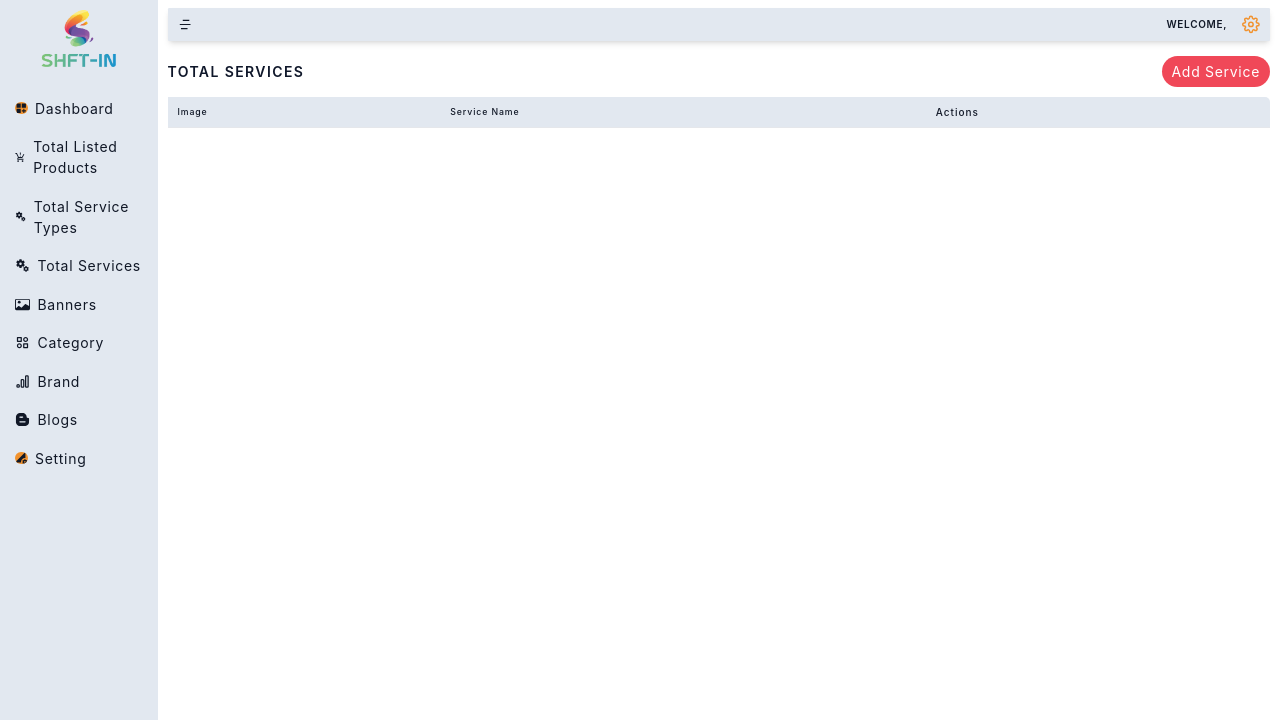
Repository: rohit0915/Mr-Arun-Chauhan-Admin-Panel
Page: /services
The author's editor kept a copy of each file at every save. The page is drawn from the files as they stood at one save, then again after the next save.
The browser window is 1280 px wide. The pictures show the whole page.
The page's requests for data from a server got no answer. The project was rebuilt for these pictures with package versions that can differ from the ones it lists, and the page was loaded fresh each time. No one was signed in, and anything a server would have sent is missing. Also part of the build but not shown: src/components/BaseUrl.jsx, src/components/forms/Login.jsx, src/components/pages/Dashboard.jsx, src/vendorPanel/components/Auth.jsx, src/components/pages/products/Products.jsx, src/components/pages/categories/Categories.jsx, src/components/pages/subcategories/SubCategories.jsx, src/components/pages/manageprofiles/ManageProfiles.jsx and 74 more.

Above is the page before, as saved 2022-11-16 13:02:49.

### public/index.html
<!DOCTYPE html>
<html lang="en">
  <head>
    <meta charset="utf-8" />
    <!-- <link rel="icon" href="%PUBLIC_URL%/favicon.png" /> -->
    <meta name="viewport" content="width=device-width, initial-scale=1" />
    <meta name="theme-color" content="#000000" />
    <meta
      name="description"
      content="Web site created using create-react-app"
    />
    <link rel="apple-touch-icon" href="%PUBLIC_URL%/favicon.ico?v=2" />

    <link rel="manifest" crossorigin="use-credentials" href="%PUBLIC_URL%/manifest.json" />

    <title>Direct Admin</title>
      <link rel="stylesheet" href="https://maxcdn.bootstrapcdn.com/bootstrap/3.4.1/css/bootstrap.min.css">
      <script src="https://ajax.googleapis.com/ajax/libs/jquery/3.6.0/jquery.min.js"></script>
      <script src="https://maxcdn.bootstrapcdn.com/bootstrap/3.4.1/js/bootstrap.min.js"></script>
  </head>
  <body>
    <noscript>You need to enable JavaScript to run this app.</noscript>
    <div id="root"></div>
    <script src="https://code.jquery.com/jquery-3.6.0.min.js"></script>
  </body>
</html>

### src/index.js
import React from "react";
import ReactDOM from "react-dom/client";
import "./index.css";
import App from "./App";
import { BrowserRouter } from "react-router-dom";
import "react-responsive-carousel/lib/styles/carousel.min.css";

const root = ReactDOM.createRoot(document.getElementById("root"));
root.render(
  <React.StrictMode>
    <BrowserRouter>
      <App />
    </BrowserRouter>
  </React.StrictMode>
);

### src/index.css
@tailwind base;
@tailwind components;
@tailwind utilities;

body {
  margin: 0;
  font-family: -apple-system, BlinkMacSystemFont, "Segoe UI", "Roboto", "Oxygen",
    "Ubuntu", "Cantarell", "Fira Sans", "Droid Sans", "Helvetica Neue",
    sans-serif;
  -webkit-font-smoothing: antialiased;
  -moz-osx-font-smoothing: grayscale;
}

code {
  font-family: source-code-pro, Menlo, Monaco, Consolas, "Courier New",
    monospace;
}

/* Wcomponents */
.wcomp::-webkit-scrollbar {
  width: 0px;
}
::-webkit-scrollbar {
  width: 0px;
}


.main-card--container{
  display : grid ;
  grid-template-columns: repeat(3 , minmax(300px , 500px));
  grid-gap: 50px;
  justify-content: space-around;
}
.main-card--container2{
  display : grid ;
  grid-template-columns: repeat(2 , minmax(600px , 800px));
  grid-gap: 50px;
  justify-content: space-around;
}
.card-container{
  margin : 25px 0 auto ;
  position  : relative ;
  display: grid;
  grid-template-columns: 1fr;
  justify-content: space-around;
  align-items:flex-start;
  border: 1px solid black;
  padding: 10px;
  box-shadow: 0 4px 8px 0 rgba(0, 0, 0, 0.2), 0 6px 20px 0 rgba(0, 0, 0, 0.19);
  /* height: 400px; */


}

.BannerImg{
 width: 100%;
 height: 300px;

}

.brandLeft {
  width:  60%;
  /* border-right: 1px solid black; */
}

### src/components/layout/HOC.jsx
/** @format */

import React, { useState } from "react";
import Navbar from "./Navbar";
import Sidebar from "./Sidebar";

const HOC = (Wcomponenet) => {
  return function Component() {
    const [hamb, setHamb] = useState(false);
    return (
      <>
        <section className="flex overflow-x-hidden">
          {/* Sidebar */}
          <div
            className={
              hamb
                ? " absolute top-0 z-30 md:w-auto shadow-md bg-slate-200  w-60 transition-all md:-left-full left duration-150  h-auto  left-0 "
                : " md:w-72 z-30 bg-slate-200  shadow-md  md:static absolute top-0 -left-full  h-auto transition-all duration-150 "
            }
          >
            <Sidebar hamb={hamb} setHamb={setHamb} />
          </div>
          {/* Components & Navbar */}
          <div
            className={
              hamb
                ? " transition-all px-4 py-2  bg-white duration-150 w-full h-screen"
                : " w-full h-screen  px-4 py-2  bg-white z-50 transition-all duration-150 "
            }
          >
            <Navbar hamb={hamb} setHamb={setHamb} />
            <div className="my-6 text-white h-[87%] wcomp overflow-y-auto">
              <Wcomponenet />
            </div>
          </div>
        </section>
      </>
    );
  };
};

export default HOC;

### src/components/layout/Navbar.jsx
import { RiMenu4Line } from "react-icons/ri";
import { BiLogOutCircle } from "react-icons/bi";
import { useNavigate } from "react-router-dom";
import { toast } from "react-toastify";
import { Fragment } from "react";
import { Menu, Transition } from "@headlessui/react";
import { FiSettings } from "react-icons/fi";
import { IoMdClose } from "react-icons/io";
import { useState } from "react";

const Navbar = ({ hamb, setHamb }) => {
  const navigate = useNavigate();
  const [popup, setPopup] = useState(false);

  const func = () => {
    localStorage.removeItem("Shaft");
    navigate("/");
    toast.success("Log-Out ");
  };

  function classNames(...classes) {
    return classes.filter(Boolean).join(" ");
  }

  const adminName = localStorage.getItem("adminName");
  return (
    <>
      <section
        className={
          popup
            ? "fixed top-0 left-0 wcomp bg-[rgb(0,0,0,0.5)] transition-all duration-150 w-full flex justify-center items-center overflow-y-auto  h-screen "
            : "hidden"
        }
      >
        <div className="bg-slate-100 sm:h-[40vh] h-[10vh] overflow-y-auto  lg:w-3/6  md:w-4/6 w-5/6 mx-auto  rounded-lg">
          <div className="flex sticky top-0 py-3 px-5 bg-slate-100 justify-between">
            <span className=" font-semibold text-[rgb(241,146,46)] relative">
              Settings
            </span>
            <div className="text-[rgb(241,146,46)] py-0.5 text-2xl cursor-pointer font-medium tracking-wider">
              <IoMdClose
                onClick={() => {
                  setPopup(false);
                }}
              />{" "}
            </div>
          </div>

          <form
            className="grid  grid-cols-1 gap-x-7 gap-y-4 p-4"
            // onSubmit={addBanner}
          >
            <div className="inline-flex  w-full flex-col">
              <label
                htmlFor="name"
                className="text-gray-800 mb-1.5 tracking-wider font-semibold text-sm"
              >
                Name
              </label>
              <input
                id="name"
                required
                type="text"
                name="name"
                // value={name}
                // onChange={(e) => setName(e.target.value)}
                placeholder=""
                className=" text-gray-800 tracking-wider text-sm rounded-full py-1 px-2 outline-[rgb(241,146,46)]"
              />
            </div>
            <div className="inline-flex  w-full flex-col">
              <label
                htmlFor="name"
                className="text-gray-800 mb-1.5 tracking-wider font-semibold text-sm"
              >
                Password
              </label>
               <input
                id="name"
                required
                type="password"
                name="name"
                placeholder=""
                // onChange={(e) => setImage(e.target.files[0])}
                // onChange={() => {}}
                className=" text-gray-800 tracking-wider text-sm rounded-full py-1 px-2 outline-[rgb(241,146,46)]"
              />
            </div>

            <button
              type="submit"
              value="Add"
              className="bg-[rgb(241,146,46)] cursor-pointer w-40 hover:bg-[rgb(241,146,46)] py-1 rounded-full"
            >
              Add{" "}
            </button>
          </form>
        </div>
      </section>
      <div
        className={
          hamb
            ? "flex  w-full justify-between  my-1 rounded-sm  p-4 py-3 shadow-md items-center  bg-slate-200 space-x-4"
            : "flex  w-full justify-between my-1 rounded-sm  p-4 py-3 shadow-md items-center  bg-slate-200 space-x-4"
        }
      >
        <RiMenu4Line
          onClick={() => setHamb(!hamb)}
          className="text-2xl font-bold text-gray-900 hover:scale-90 cursor-pointer"
        />

        {/* Profile */}
        <section className="flex sm:ml-auto justify-end sm:w-full items-center space-x-2  pr-2">
          <figcaption className="tracking-wider pl-1 font-semibold">
            <div className="lg:text-base text-sm text-gray-900  uppercase">
              Welcome,<strong>{adminName}</strong>
            </div>
          </figcaption>
        </section>

        {/* Logout Btn */}
        <FiSettings
          onClick={() => setPopup(!popup)}
          className="text-2xl sm:text-3xl font-bold text-[rgb(241,146,46)] cursor-pointer"
        />
      </div>
    </>
  );
};

export default Navbar;

### src/components/layout/Sidebar.jsx
import React from "react";
import { RiCloseLine } from "react-icons/ri";
import { MdPermDataSetting } from "react-icons/md";
import { Link } from "react-router-dom";
import { BsCardImage  } from "react-icons/bs";
import { CgTerminal } from "react-icons/cg";
import { MdPrivacyTip, MdOutlineInfo } from "react-icons/md";
import { BiSupport, BiUser, BiRestaurant, BiCategoryAlt } from "react-icons/bi";
import { TbJewishStar } from "react-icons/tb";
import { GiKnightBanner } from "react-icons/gi";
import image from "../../../src/components/Assets/Logo.png";
import { BiLogOutCircle, BiPaperclip, BiMoney } from "react-icons/bi";
import { AiFillProfile } from "react-icons/ai";
import {TbBrandGoogleAnalytics} from 'react-icons/tb'
import {FaBloggerB} from 'react-icons/fa'

import {
  MdDashboardCustomize,
  MdOutlineProductionQuantityLimits,
  MdOutlineCategory,
  MdMiscellaneousServices,
  MdHistory,
} from "react-icons/md";

const Sidebar = ({ hamb, setHamb }) => {
  const nav = [

    // {
    //   icon: (
    //     <BiUser className="text-xl mr-3 rounded-full bg-[rgb(241,146,46)]" />
    //   ),
    //   link: "/manage-profiles ",
    //   name: "Manage Profiles",
    // },
    {
      icon: (
        <MdDashboardCustomize className="text-xl mr-3 rounded-full bg-[rgb(241,146,46)]" />
      ),
      link: "/dashboard",
      name: "Dashboard",
    },
    // {
    //   icon: (
    //     <MdDashboardCustomize className="text-xl mr-3 rounded-full bg-[rgb(241,146,46)]" />
    //   ),
    //   link: "/upload",
    //   name: "Upload Services",
    // },
    // {
    //   icon: (
    //     <MdDashboardCustomize className="text-xl mr-3 rounded-full bg-[rgb(241,146,46)]" />
    //   ),
    //   link: "/accept-request-from-vendors",
    //   name: "Accept Request From Vendors",
    // },

    {
      icon: (
        <MdOutlineProductionQuantityLimits className="text-2xl mr-3 " />
      ),
      link: "/products",
      name: " Total Listed Products",
    },
    {
      icon: (
        <MdMiscellaneousServices  className="text-2xl mr-3 " />
      ),
      link: "/total-services",
      name: " Total Service Types",
    },
    {
      icon: (
        <MdMiscellaneousServices  className="text-2xl mr-3 " />
      ),
      link: "/services",
      name: " Total Services",
    },
    // {
    //   icon: (
    //     <MdOutlineProductionQuantityLimits className="text-xl mr-3 rounded-full bg-[rgb(241,146,46)]" />
    //   ),
    //   link: "/sub-categories",
    //   name: " Sub Categories",
    // },
    {
      icon: (
        <BsCardImage className="text-2xl mr-3  " />
      ),
      link: "/gallary",
      name: "Banners",
    },
    {
      icon: (
        <BiCategoryAlt className="text-2xl mr-3  " />
      ),
      link: "/cat",
      name: "Category",
    },
    {
      icon: (
        <TbBrandGoogleAnalytics className="text-2xl mr-3  " />
      ),
      link: "/brand",
      name: "Brand",
    },
    {
      icon: (
        <FaBloggerB className="text-2xl mr-3  " />
      ),
      link: "/blog",
      name: "Blogs",
    },
    // {
    //   icon: (
    //     <MdOutlineProductionQuantityLimits className="text-xl mr-3 rounded-full bg-[rgb(241,146,46)]" />
    //   ),
    //   link: "/testimonials",
    //   name: "Testimonials",
    // },
    // {
    //   icon: (
    //     <MdPermDataSetting className="text-xl mr-3 rounded-full bg-[rgb(241,146,46)]" />
    //   ),
    //   link: "/daily-request",
    //   name: "Daily Request",
    // },
    // {
    //   icon: (
    //     <MdOutlineCategory className="text-xl mr-3 rounded-full bg-[rgb(241,146,46)]" />
    //   ),
    //   link: "/categories",
    //   name: "Category Details Manages",
    // },
    // {
    //   icon: (
    //     <GiKnightBanner className="text-xl mr-3 rounded-full bg-[rgb(241,146,46)]" />
    //   ),
    //   link: "/banners",
    //   name: "Banners",
    // },
    // {
    //   icon: (
    //     <BsBorderWidth className="text-xl mr-3 rounded-full bg-[rgb(241,146,46)]" />
    //   ),
    //   link: "/orders",
    //   name: "Orders",
    // },
    // {
    //   icon: (
    //     <CgTerminal className="text-xl mr-3 rounded-full bg-[rgb(241,146,46)]" />
    //   ),
    //   link: "/terms",
    //   name: "Terms and Conditions",
    // },

    // {
    //   icon: (
    //     <MdPrivacyTip className="text-xl mr-3 rounded-full bg-[rgb(241,146,46)]" />
    //   ),
    //   link: "/privacyPolicy",
    //   name: "Privacy Policy",
    // },
    // {
    //   icon: (
    //     <BiSupport className="text-xl mr-3 rounded-full bg-[rgb(241,146,46)]" />
    //   ),
    //   link: "/support",
    //   name: "Help and Support ",
    // },
    // {
    //   icon: (
    //     <BiSupport className="text-xl mr-3 rounded-full bg-[rgb(241,146,46)]" />
    //   ),
    //   link: "/vendors",
    //   name: "Vendor manages system ",
    // },
    // {
    //   icon: (
    //     <BiPaperclip className="text-xl mr-3 rounded-full bg-[rgb(241,146,46)]" />
    //   ),
    //   link: "/coupons",
    //   name: "Coupons",
    // },
    // {
    //   icon: (
    //     <BiMoney className="text-xl mr-3 rounded-full bg-[rgb(241,146,46)]" />
    //   ),
    //   link: "/vendors",
    //   name: "Commission List",
    // },
    // {
    //   icon: (
    //     <BiMoney className="text-xl mr-3 rounded-full bg-[rgb(241,146,46)]" />
    //   ),
    //   link: "/payments",
    //   name: "Payments/Transactions ",
    // },
    {
      icon: (
        <MdPermDataSetting className="text-xl mr-3 rounded-full bg-[rgb(241,146,46)]" />
      ),
      link: "/setting",
      name: "Setting",
    },
    // {
    //   icon: (
    //     <MdPermDataSetting className="text-xl mr-3 rounded-full bg-[rgb(241,146,46)]" />
    //   ),
    //   link: "/complaints",
    //   name: "Complaints",
    // },
    // {
    //   icon: (
    //     <MdOutlineInfo className="text-xl mr-3 rounded-full bg-[rgb(241,146,46)]" />
    //   ),
    //   link: "/about-us",
    //   name: "About Us",
    // },
    // {
    //   icon: (
    //     <BiLogOutCircle className="text-xl mr-3 rounded-full bg-[rgb(241,146,46)]" />
    //   ),
    //   link: "/",
    //   name: "Logout",
    // },
  ];
  return (
    <>
      <aside className="p-4">
        {/* Top */}
        <div className="w-full md:hidden relative  p-2 mb-4">
          <RiCloseLine
            onClick={() => setHamb(!hamb)}
            className="text-3xl  absolute top-2 sm:hover:rotate-[228deg] transition-transform font-bold right-2 sm:hover:text-[22px] text-[rgb(241,146,46)] cursor-pointer"
          />
        </div>
        {/* Logo */}
        <figure className="flex  flex-col items-center">
          <span className="font-bold text-[rgb(241,146,46)]">
            <img src={image} className="h-24" />
          </span>
        </figure>
        {/* Nav-menu */}
        <nav className="py-6">
          {nav.map((nav) => {
            return (
              <Link to={nav.link} key={nav.name} className="">
                <span className="flex my-3 items-center cursor-pointer text-gray-900    tracking-wider p-2 rounded-sm">
                  {nav.icon} {nav.name}
                </span>
              </Link>
            );
          })}
        </nav>
      </aside>
    </>
  );
};

export default Sidebar;

Loaded but not shown: tailwind.config.js (common file); src/App.js (210 lines, source omitted); src/components/pages/Services/Service.js (289 lines, source omitted)

After the next save:
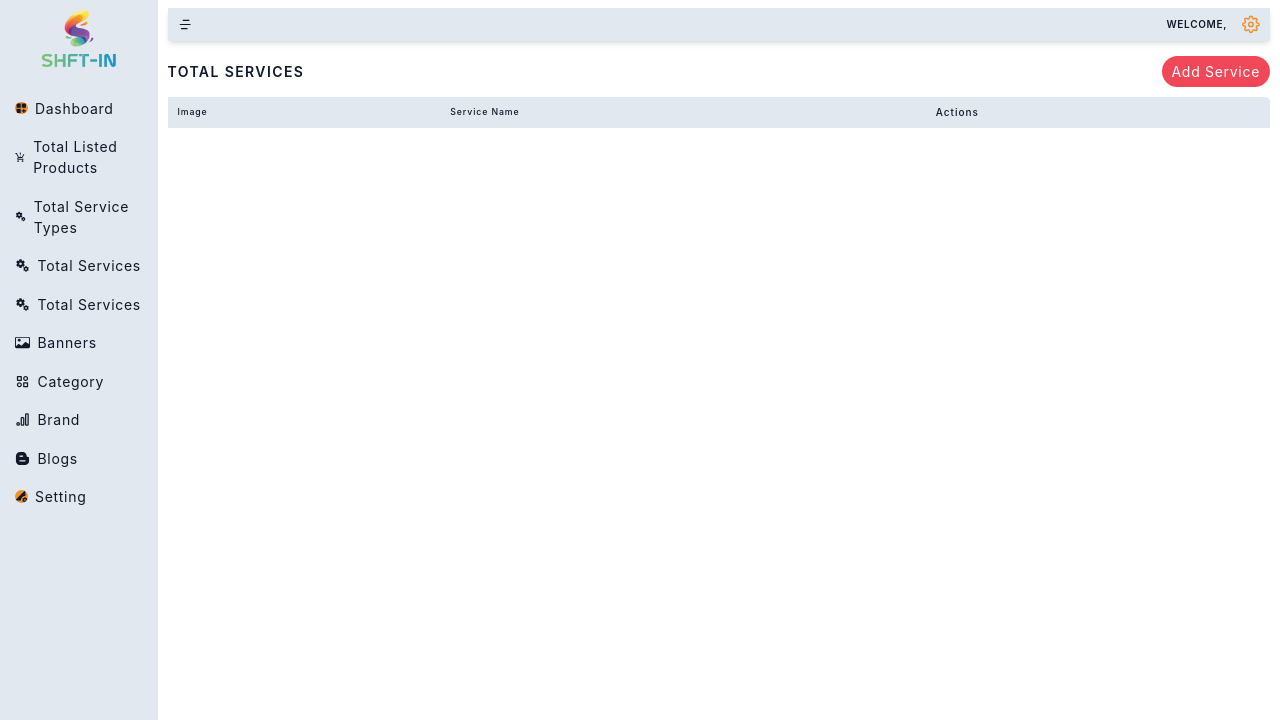
Saved 99 s later.
--- a/src/components/layout/Sidebar.jsx
+++ b/src/components/layout/Sidebar.jsx
@@ -67,6 +67,13 @@ const Sidebar = ({ hamb, setHamb }) => {
       ),
       link: "/total-services",
       name: " Total Service Types",
+    },
+    {
+      icon: (
+        <MdMiscellaneousServices  className="text-2xl mr-3 " />
+      ),
+      link: "/services",
+      name: " Total Services",
     },
     {
       icon: (
